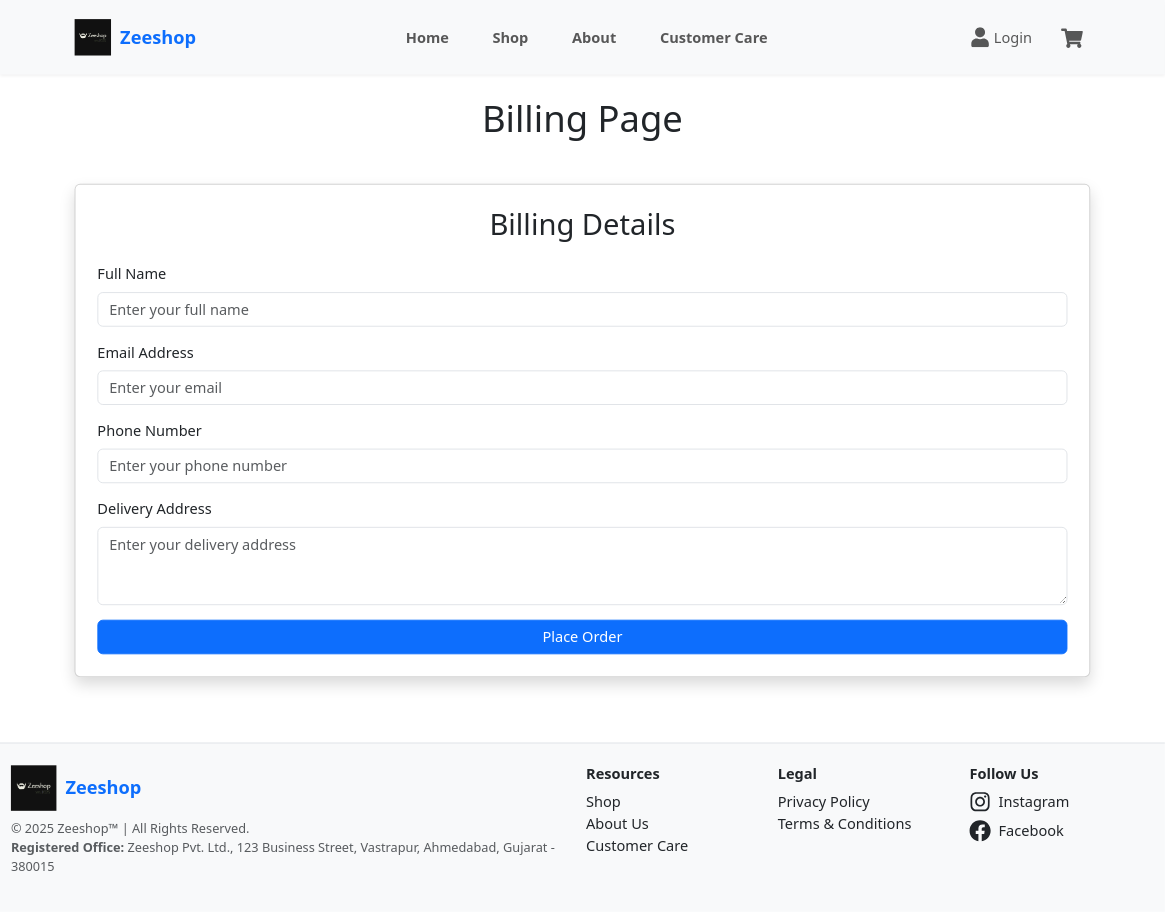
Repository: zeel2306/React-Projects
Page: /billing (app in shop/)
An editor plug-in stored every save of this project. The page is shown before and after the next save, followed by the edit.
The browser window is 1280 px wide. The pictures show the whole page, at 91% of full size.
The project was rebuilt for these pictures with package versions that can differ from the ones it lists, and the page was loaded fresh each time. Also part of the build but not shown: shop/src/index.css, shop/src/Components/Login.jsx, shop/src/Components/Slider.jsx, shop/src/Components/Product.jsx, shop/src/Components/About.jsx, shop/src/Components/Customercare.jsx, shop/src/Components/ProductDetail.jsx, shop/src/Components/PrivacyPolicy.jsx and 9 more.

Above is the page before, as saved 2025-08-06 18:04:23.

After the next save:
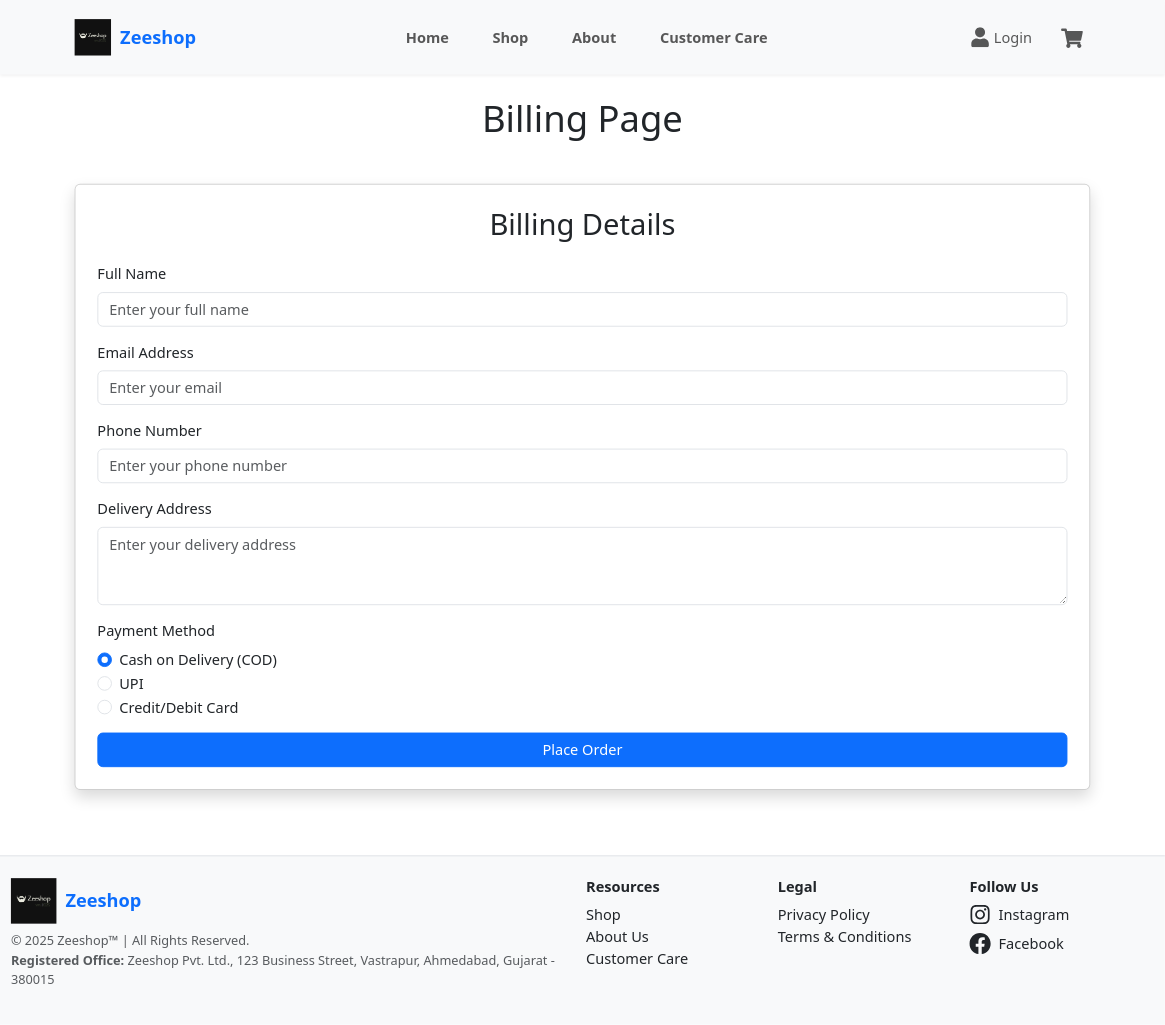
Saved 4 min 37 s later.
--- a/shop/src/Components/CheckoutForm.jsx
+++ b/shop/src/Components/CheckoutForm.jsx
@@ -7,6 +7,7 @@ export default function CheckoutForm({ onSubmit }) {
     email: "",
     phone: "",
     address: "",
+    paymentMethod: "COD", // Default is Cash on Delivery
   });
 
   const handleChange = (e) => {
@@ -23,6 +24,7 @@ export default function CheckoutForm({ onSubmit }) {
       <div className="card shadow p-4">
         <h2 className="text-center mb-4">Billing Details</h2>
         <form onSubmit={handleSubmit}>
+          {/* Name */}
           <div className="mb-3">
             <label className="form-label">Full Name</label>
             <input
@@ -35,6 +37,8 @@ export default function CheckoutForm({ onSubmit }) {
               required
             />
           </div>
+
+          {/* Email */}
           <div className="mb-3">
             <label className="form-label">Email Address</label>
             <input
@@ -47,6 +51,8 @@ export default function CheckoutForm({ onSubmit }) {
               required
             />
           </div>
+
+          {/* Phone */}
           <div className="mb-3">
             <label className="form-label">Phone Number</label>
             <input
@@ -59,6 +65,8 @@ export default function CheckoutForm({ onSubmit }) {
               required
             />
           </div>
+
+          {/* Address */}
           <div className="mb-3">
             <label className="form-label">Delivery Address</label>
             <textarea
@@ -71,6 +79,47 @@ export default function CheckoutForm({ onSubmit }) {
               required
             />
           </div>
+
+          {/* Payment Method */}
+          <div className="mb-3">
+            <label className="form-label">Payment Method</label>
+            <div>
+              <div className="form-check">
+                <input
+                  type="radio"
+                  name="paymentMethod"
+                  value="COD"
+                  checked={formData.paymentMethod === "COD"}
+                  onChange={handleChange}
+                  className="form-check-input"
+                />
+                <label className="form-check-label">Cash on Delivery (COD)</label>
+              </div>
+              <div className="form-check">
+                <input
+                  type="radio"
+                  name="paymentMethod"
+                  value="UPI"
+                  checked={formData.paymentMethod === "UPI"}
+                  onChange={handleChange}
+                  className="form-check-input"
+                />
+                <label className="form-check-label">UPI</label>
+              </div>
+              <div className="form-check">
+                <input
+                  type="radio"
+                  name="paymentMethod"
+                  value="Card"
+                  checked={formData.paymentMethod === "Card"}
+                  onChange={handleChange}
+                  className="form-check-input"
+                />
+                <label className="form-check-label">Credit/Debit Card</label>
+              </div>
+            </div>
+          </div>
+
           <button type="submit" className="btn btn-primary w-100">
             Place Order
           </button>
